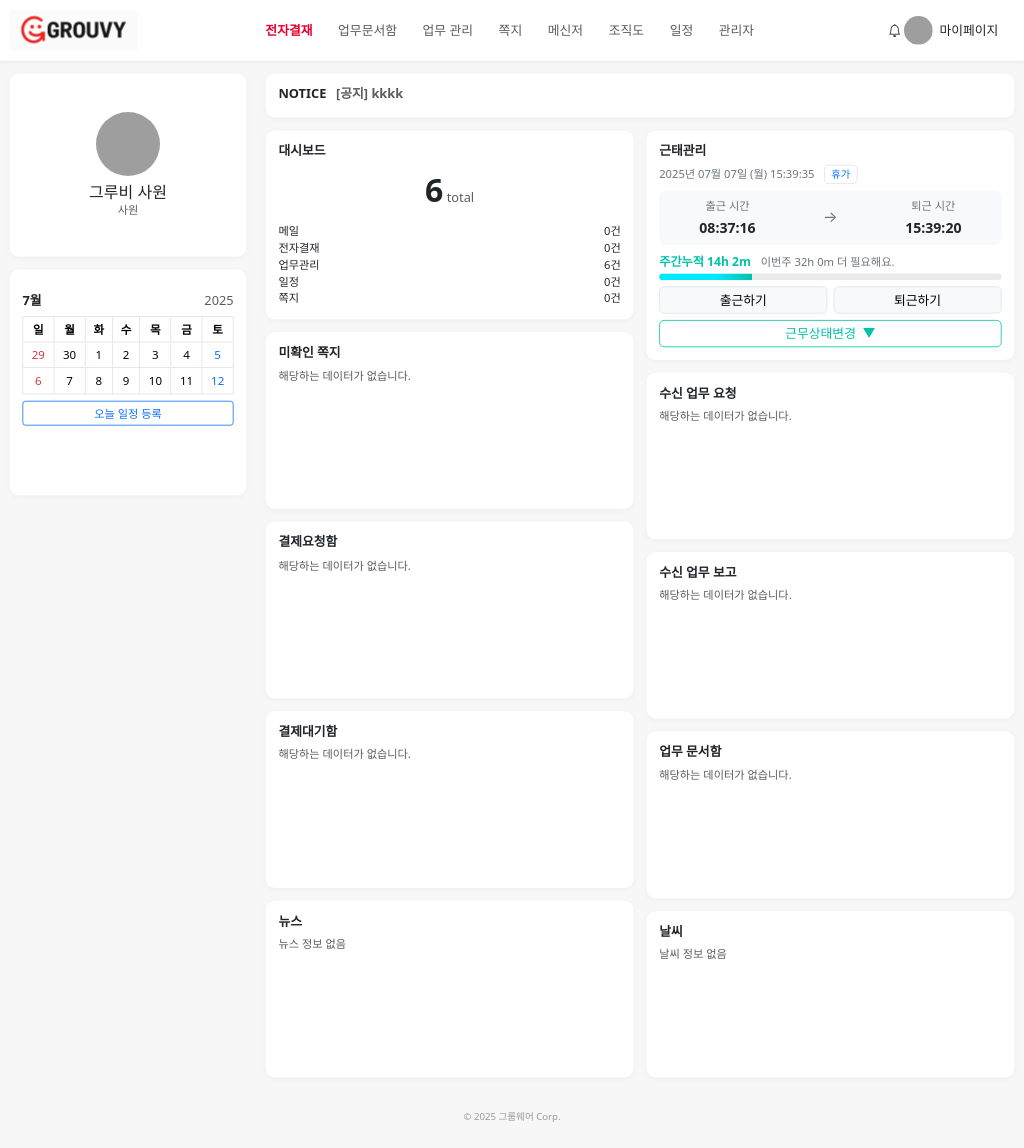
Repository: hyunbin7664/web-java-workspace
Page: groupware/src/main/webapp/index.html
The author's editor kept a copy of each file at every save. The page is drawn from the files as they stood at one save, then again after the next save.
The browser window is 1280 px wide. The pictures show the whole page, at 80% of full size.
Pictures or frames that could not be fetched are drawn as grey boxes.

Above is the page before, as saved 2025-07-08 03:09:20.

After the next save:
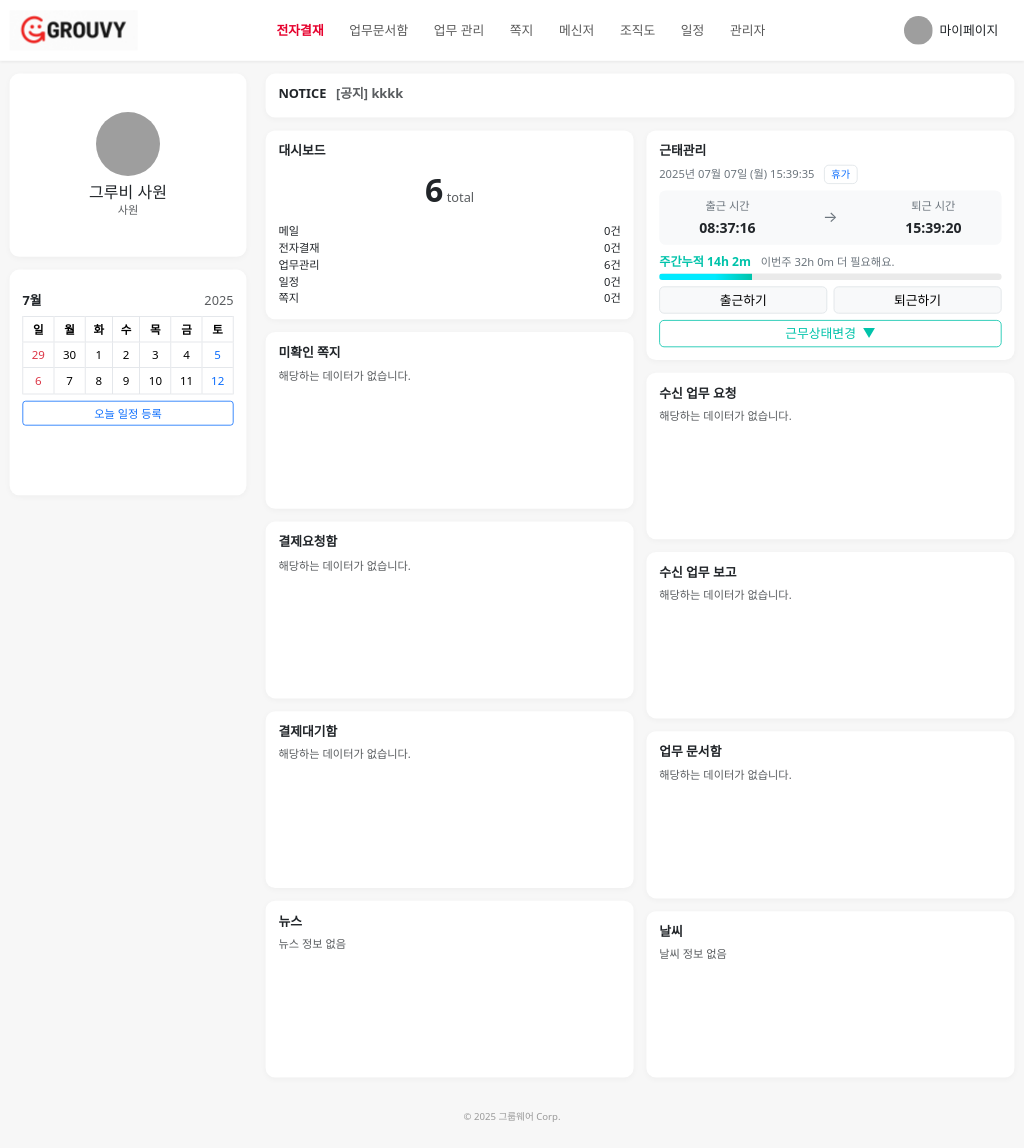
Saved 97 s later.
--- a/groupware/src/main/webapp/index.html
+++ b/groupware/src/main/webapp/index.html
@@ -154,9 +154,6 @@ footer {
 				<li class="nav-item"><a class="nav-link" href="admin_dashboard.html">관리자</a></li>
 			</ul>
 			<div class="d-flex align-items-center">
-			<a href="mypage.html" class="ms-2 text-decoration-none text-dark">
-  <i class="bi bi-bell me-1"></i>
-</a>
 				<a href="mypage.html" >
 					<img src="https://search.pstatic.net/sunny/?src=https%3A%2F%2Fs3.orbi.kr%2Fdata%2Ffile%2Funited2%2F6cc64e06aa404ac3a176745b9c1d5bfa.jpeg&type=sc960_832"
 							alt="프로필" class="rounded-circle" width="36" height="36">
